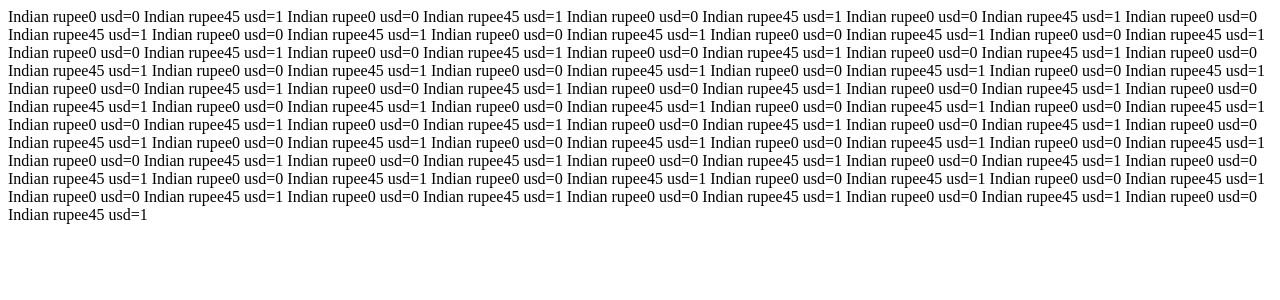
Repository: laikrish/day10
Page: http://localhost/HelloWorld/currency
An editor plug-in stored every save of this project. The page is shown before and after a run of saves, followed by the edit.
The browser window is 1280 px wide. The pictures show the whole page.
The page is served by Tomcat 9.

Above is the page before, as saved 2018-09-06 04:37:08.

After the next 2 saves:
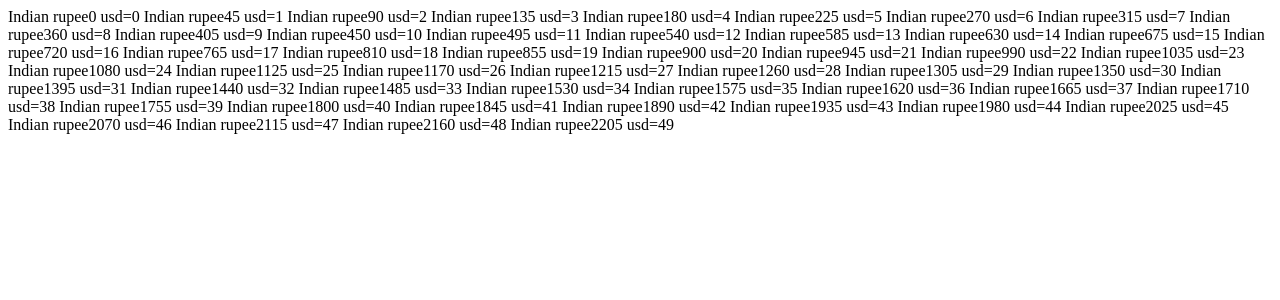
The 2 saves are shown as one change because 1 did not build or start.
The last was saved 2 min 21 s later.
--- a/HelloWorld/src/com/capgemini/controller/CurrencyConverterServlet.java
+++ b/HelloWorld/src/com/capgemini/controller/CurrencyConverterServlet.java
@@ -23,11 +23,9 @@ public class CurrencyConverterServlet extends HttpServlet {
 		response.setContentType("text/html");
 		PrintWriter out=response.getWriter();
 		for(int i=0;i<50;i++) {
-			for(int j=0;j<2;j++) {
-				out.println("Indian rupee" +j*45);
-				out.println("usd=" +j);
+
+				out.println("Indian rupee" +i*45);
+				out.println("usd=" +i);
 			}
 		}
 	}
-
-}
